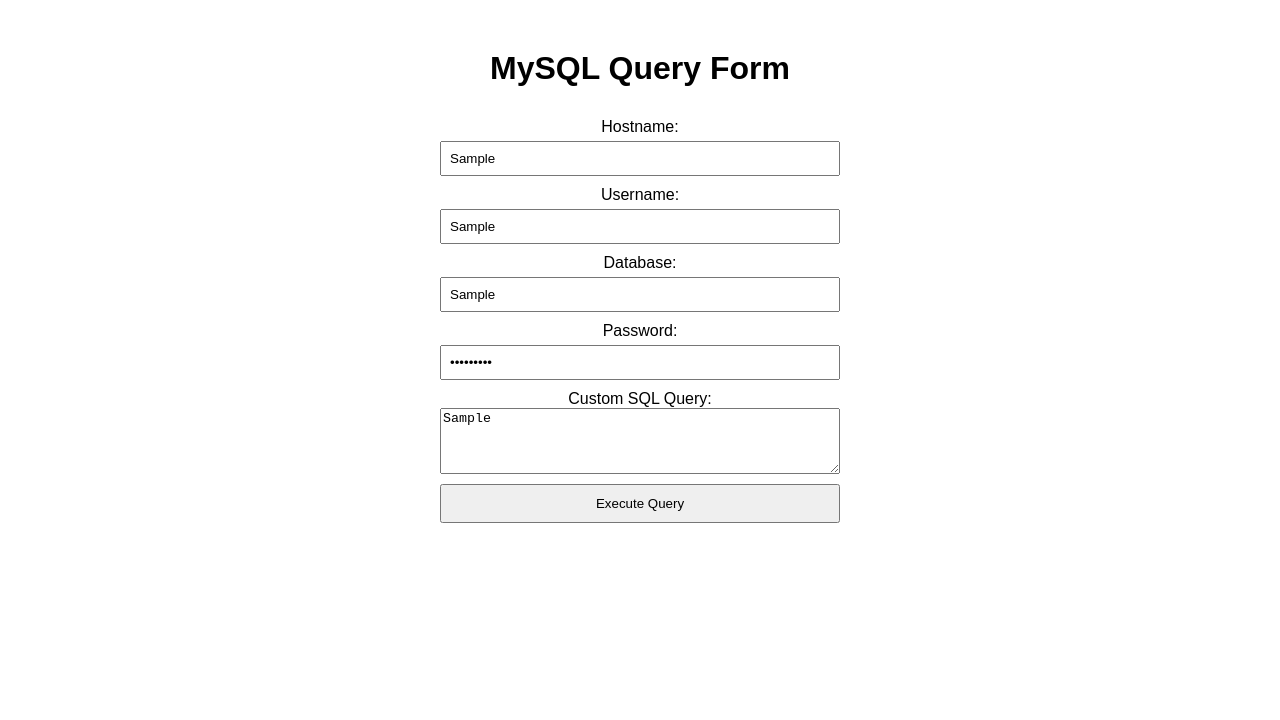
Repository: sweety-124/data-visualization-app
Page: http://localhost/
These files come from the project's save history. The page is drawn as it stood at one moment and after the next save; the edit follows.
The browser window is 1280 px wide. The pictures show the whole page.
Empty fields were first filled with sample values (such as "Sample", 5 or name@example.com).
After loading, the first visible `button` was clicked once.
The page is run by PHP 8.4 with error messages shown; the project is at /var/www/html/.

Above is the page before, as saved 2023-12-19 21:18:11.
Console error: ReferenceError: submitForm is not defined

### index.php
<!DOCTYPE html>
<html lang="en">
<head>
  <meta charset="UTF-8">
  <meta name="viewport" content="width=device-width, initial-scale=1.0">
  <title>MySQL Query Form</title>
  <link rel="stylesheet" href="assets/style.css">
</head>
<body>
  <div class="container">
    <h1>MySQL Query Form</h1>

    <form id="queryForm">
      <label for="hostname">Hostname:</label>
      <input type="text" id="hostname" name="hostname" placeholder="Enter hostname" required>

      <label for="username">Username:</label>
      <input type="text" id="username" name="username" placeholder="Enter username" required>

      <label for="database">Database:</label>
      <input type="text" id="database" name="database" placeholder="Enter database" required>

      <label for="password">Password:</label>
      <input type="password" id="password" name="password" placeholder="Enter password" required>

      <label for="customQuery">Custom SQL Query:</label>
      <textarea id="customQuery" name="customQuery" placeholder="Enter your SQL query" rows="4" required></textarea>

      <button type="button" onclick="submitForm()">Execute Query</button>
    </form>

    <div id="result"></div>
  </div>

  <script src="assets/script.js"></script>
</body>
</html>

### assets/style.css
/* style.css */

body {
    font-family: Arial, sans-serif;
    margin: 0;
    padding: 0;
}

.container {
    max-width: 400px;
    margin: 50px auto;
    text-align: center;
}

form {
    display: flex;
    flex-direction: column;
}

label {
    margin-top: 10px;
}

input {
    padding: 8px;
    margin-top: 5px;
}

button {
    padding: 10px;
    margin-top: 10px;
    cursor: pointer;
}

### assets/script.js
// script.js

// google.charts.load('current', { 'packages': ['corechart'] });
// google.charts.setOnLoadCallback(connectDatabase);

function connectDatabase() {

    const form = document.getElementById('databaseForm');
    const formData = new FormData(form);

    fetch('query_backend.php', {
        method: 'POST',
        body: formData
    }).then(response => response.json()).then(data => {
        // Process and visualize data using Google Charts
        drawChart(data);
    }).catch(error => console.error('Error:', error));
}

function drawChart(data) {
    const dataTable = new google.visualization.DataTable();
    // Assuming your data has columns 'name' and 'value'
    dataTable.addColumn('string', 'Name');
    dataTable.addColumn('number', 'Value');

    data.forEach(row => {
        dataTable.addRow([row.name, row.value]);
    });

    const options = {
        title: 'Data Visualization',
        // Add more options based on your visualization requirements
    };

    const chart = new google.visualization.ColumnChart(document.getElementById('chartContainer'));
    chart.draw(dataTable, options);
}

### execute-query.php
<?php
// execute-query.php

if ($_SERVER['REQUEST_METHOD'] === 'POST') {
    $hostname = $_POST['hostname'];
    $username = $_POST['username'];
    $database = $_POST['database'];
    $password = $_POST['password'];
    $customQuery = $_POST['customQuery'];
    $conn = new mysqli($hostname, $username, $password, $database);
    if ($conn->connect_error) {
        die("Connection failed: " . $conn->connect_error);
    }

    $result = $conn->query($customQuery);

    if ($result) {
        while ($row = $result->fetch_assoc()) {
            echo '<pre>' . print_r($row, true) . '</pre>';
        }
    } else {
        echo 'Query failed: ' . $conn->error;
    }
    $conn->close();
}
?>

After the next save:
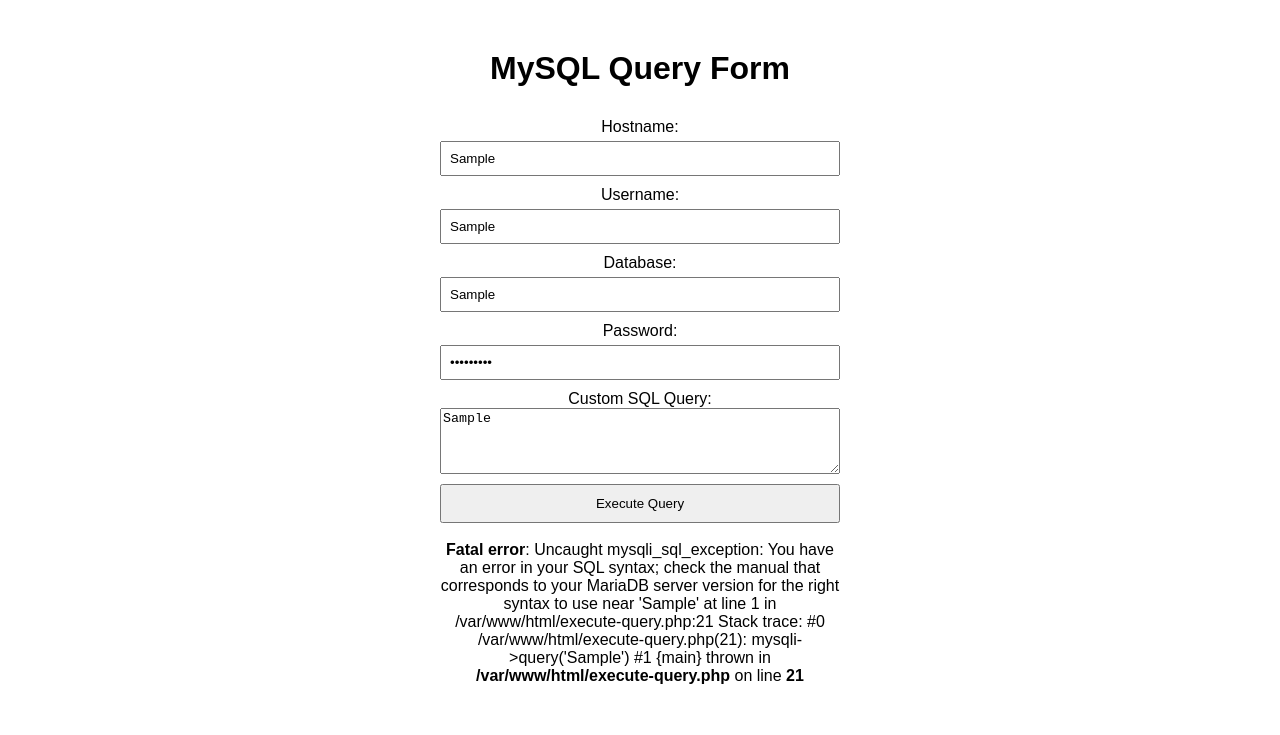
The error is gone.
Saved 29 s later.
--- a/assets/script.js
+++ b/assets/script.js
@@ -1,37 +1,26 @@
-// script.js
+// assets/script.js
 
-// google.charts.load('current', { 'packages': ['corechart'] });
-// google.charts.setOnLoadCallback(connectDatabase);
+function submitForm() {
+    const form = document.getElementById('queryForm');
+    const resultContainer = document.getElementById('result');
 
-function connectDatabase() {
-
-    const form = document.getElementById('databaseForm');
+    // Collect form data
     const formData = new FormData(form);
 
-    fetch('query_backend.php', {
-        method: 'POST',
-        body: formData
-    }).then(response => response.json()).then(data => {
-        // Process and visualize data using Google Charts
-        drawChart(data);
-    }).catch(error => console.error('Error:', error));
-}
+    // Convert form data to URL-encoded string
+    const formDataString = new URLSearchParams(formData).toString();
 
-function drawChart(data) {
-    const dataTable = new google.visualization.DataTable();
-    // Assuming your data has columns 'name' and 'value'
-    dataTable.addColumn('string', 'Name');
-    dataTable.addColumn('number', 'Value');
-
-    data.forEach(row => {
-        dataTable.addRow([row.name, row.value]);
-    });
-
-    const options = {
-        title: 'Data Visualization',
-        // Add more options based on your visualization requirements
-    };
-
-    const chart = new google.visualization.ColumnChart(document.getElementById('chartContainer'));
-    chart.draw(dataTable, options);
-}
+    // Send a POST request to the server
+    fetch('execute-query.php', {
+      method: 'POST',
+      headers: {
+        'Content-Type': 'application/x-www-form-urlencoded',
+      },
+      body: formDataString,
+    })
+    .then(response => response.text())
+    .then(data => {
+      resultContainer.innerHTML = data;
+    })
+    .catch(error => console.error('Error:', error));
+  }
--- a/execute-query.php
+++ b/execute-query.php
@@ -2,25 +2,35 @@
 // execute-query.php
 
 if ($_SERVER['REQUEST_METHOD'] === 'POST') {
+    // Get input values from the form
     $hostname = $_POST['hostname'];
     $username = $_POST['username'];
     $database = $_POST['database'];
     $password = $_POST['password'];
     $customQuery = $_POST['customQuery'];
+
+    // Create a connection to the MySQL server
     $conn = new mysqli($hostname, $username, $password, $database);
+
+    // Check the connection
     if ($conn->connect_error) {
         die("Connection failed: " . $conn->connect_error);
     }
 
+    // Execute the custom SQL query
     $result = $conn->query($customQuery);
 
     if ($result) {
+        // Display the query result
         while ($row = $result->fetch_assoc()) {
             echo '<pre>' . print_r($row, true) . '</pre>';
         }
     } else {
+        // Display an error message if the query fails
         echo 'Query failed: ' . $conn->error;
     }
+
+    // Close the connection
     $conn->close();
 }
 ?>
